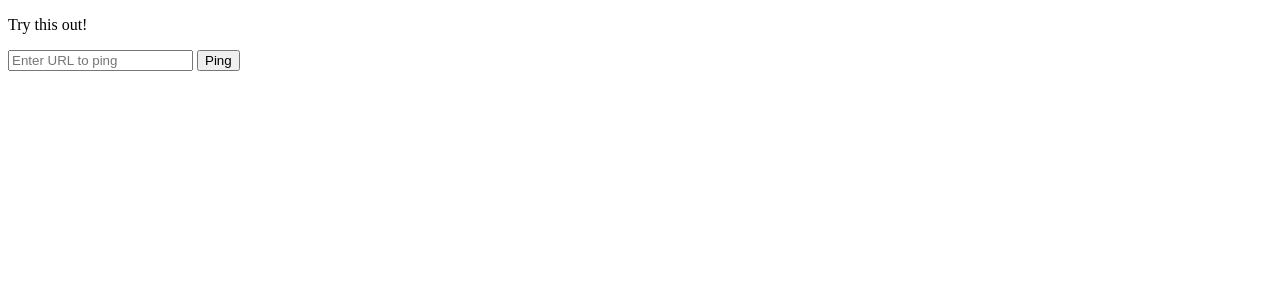
Repository: TarangGarlapally/NetworkCommandsSimulation
Page: http://localhost/NetworkManagement/index.jsp
The author's editor kept a copy of each file at every save. The page is drawn from the files as they stood at one save, then again after the next save.
The browser window is 1280 px wide. The pictures show the whole page.
The page is served by Tomcat 9. Other server files are loaded and not shown.

Above is the page before, as saved 2021-01-03 09:50:21.

### NetworkManagement/WebContent/index.jsp
<%@ page language="java" contentType="text/html; charset=UTF-8"
    pageEncoding="UTF-8"%>
<!DOCTYPE html>
<html>
<head>
<meta charset="UTF-8">
<title>Insert title here</title>
</head>
<body>

<p style="white-space: break-spaces;">Try this out!</p>
<form action = "PingCmd" method = "get">
<input type="text" name="pingurl" placeholder="Enter URL to ping"></input>
<button type = "submit" name = "command" value="ping">Ping</button>
</form>
<%
String output = request.getParameter("done");
if(output != null){
	for(String line: output.split("\n")){
		%>
		<p><%=line%></p>
		<%
	}
}

%>


</body>
</html>

After the next save:
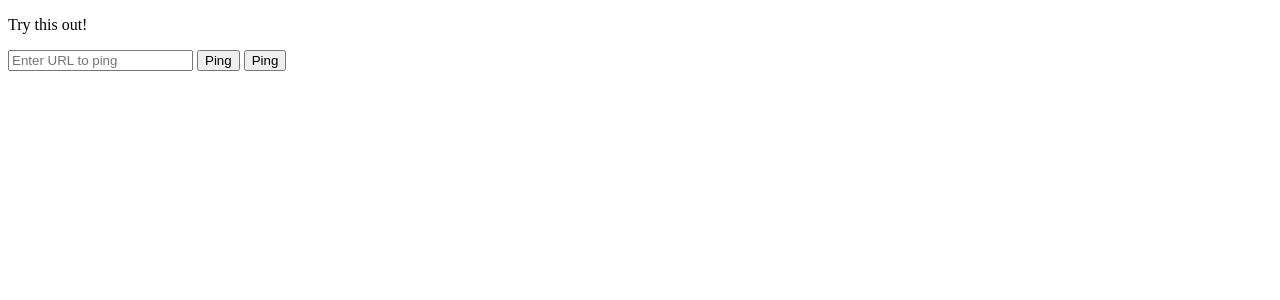
Saved 2 min 28 s later.
--- a/NetworkManagement/WebContent/index.jsp
+++ b/NetworkManagement/WebContent/index.jsp
@@ -12,6 +12,7 @@
 <form action = "PingCmd" method = "get">
 <input type="text" name="pingurl" placeholder="Enter URL to ping"></input>
 <button type = "submit" name = "command" value="ping">Ping</button>
+<button type = "submit" name = "command" value="ipconfig">Ping</button>
 </form>
 <%
 String output = request.getParameter("done");
